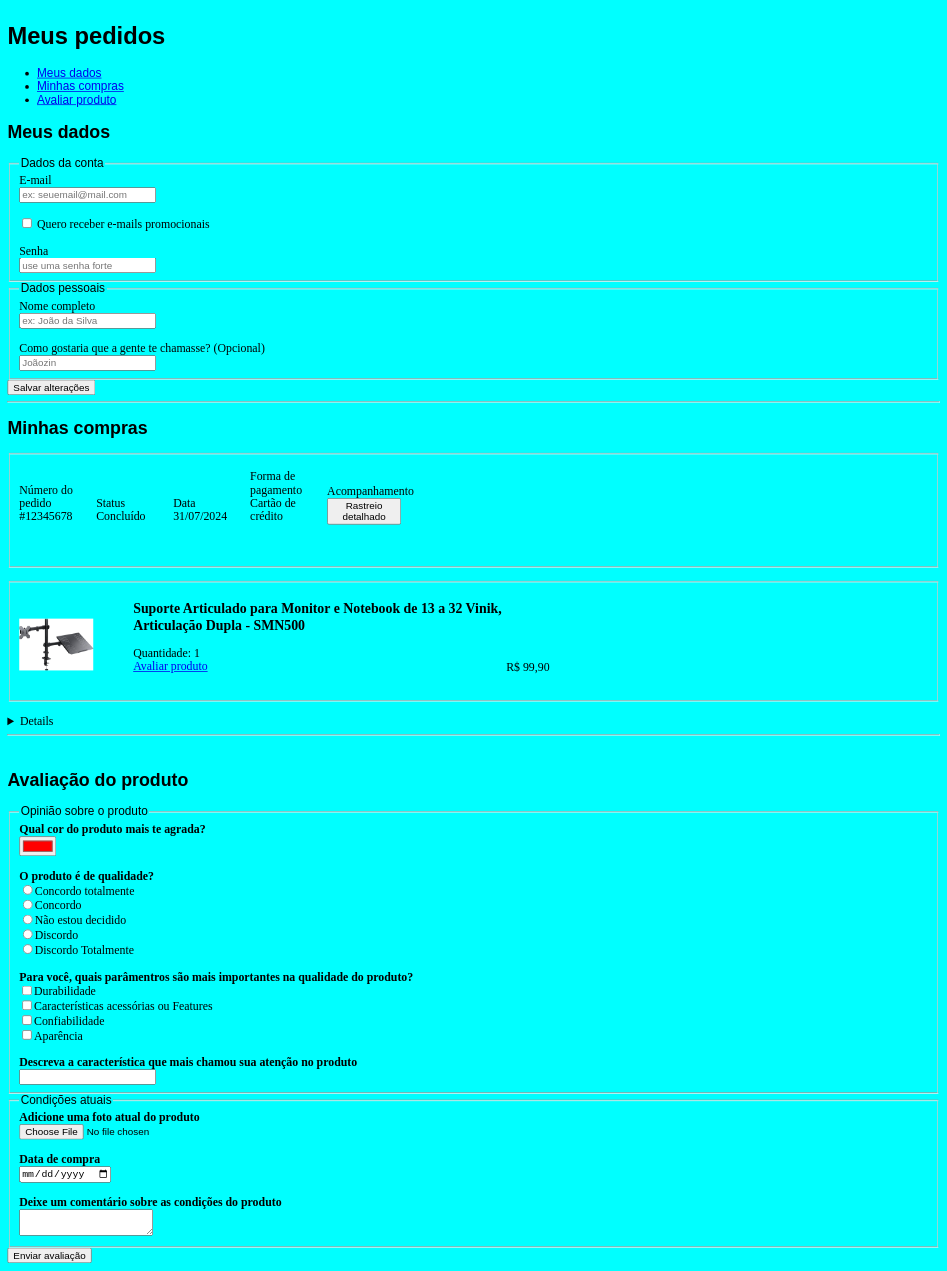
Repository: claudemir-camargo/site-compras
Page: index.html
The author's editor kept a copy of each file at every save. The page is drawn from the files as they stood at one save, then again after the next save.
The browser window is 1280 px wide. The pictures show the whole page, at 74% of full size.

Above is the page before, as saved 2024-03-04 01:00:59.

### index.html
<!DOCTYPE html>
<html lang="en">

<head>
    <meta charset="UTF-8">
    <meta name="viewport" content="width=device-width, initial-scale=1.0">
    <link rel="stylesheet" type="text/css" href="css/style.css" />
    <title>Site de Compras</title>
</head>

<body>
    <h1>Meus pedidos</h1>
    <ul>
        <li><a href="#meus-dados">Meus dados</a></li>
        <li><a href="#minhas-compras">Minhas compras</a></li>
        <li><a href="#avaliacao-produto">Avaliar produto</a></li>
    </ul>
    <h2 id="meus-dados">Meus dados</h2>
    <!-- Conta -->
    <fieldset>
        <legend>Dados da conta</legend>
        <form>
            <label>E-mail</label><br>
            <input type="email" id="email" name="email" placeholder="ex: seuemail@mail.com"><br><br>
            <input type="checkbox">
            <label>Quero receber e-mails promocionais</label><br><br>
            <label>Senha</label><br>
            <input type="password" placeholder="use uma senha forte">
        </form>
    </fieldset>
    <!-- Pessoais -->
    <fieldset>
        <legend>Dados pessoais</legend>
        <form>
            <label>Nome completo</label><br>
            <input type="text" placeholder="ex: João da Silva"><br><br>
            <label>Como gostaria que a gente te chamasse? (Opcional) </label><br>
            <input type="text" placeholder="Joãozin">
        </form>
    </fieldset>
    <button type="button">Salvar alterações</button>
    <hr>
    <!-- Minhas compras -->
    <h2 id="minhas-compras">Minhas compras</h2>
    <fieldset>
        <div id="div1">
            <p>Número do pedido<br>#12345678</p>
        </div>
        <div id="div2">
            <p>Status<br>Concluído</p>
        </div>
        <div id="div3">
            <p>Data<br>31/07/2024</p>
        </div>
        <div id="div4">
            <p>Forma de pagamento<br>Cartão de crédito</p>
        </div>
        <div id="div5">
            <p>Acompanhamento<br><a href="#rastreioModal"><button>Rastreio detalhado</button></a></p>
        </div>
    </fieldset>
    <div id="rastreioModal" class="modal">
        <h2>Rastreio detalhado</h2>
        <p>Seu pedido foi entregue com sucesso!<br>
            Entregue por: GFL<br>
            Código de rasteeio: 123456789<br>
            Entregue em: 31/07/2024<br>
        </p>
        <a href="#">Fechar</a>
    </div>

    <!-- Produto -->
    <br>
    <fieldset>
        <div class="imagem"><img src="img/suporte.jpg" alt="Suporte"></div>
        <div class="produto">
            <h3>
                <p>Suporte Articulado para Monitor e Notebook de 13 a 32 Vinik,
                    Articulação Dupla - SMN500</p>
            </h3>
            Quantidade: 1<br>
            <a href="#avaliacao-produto">Avaliar produto</a><br>
        </div>
        R$ 99,90
    </fieldset>
    <br>
    <details tag="Detalhes de Envio e Pagamento">
        <p></p>
        <strong>Endereço de entrega</strong><br>
        Avenida Estelita Falcão<br>
        Número 12, Centro<br>
        CEP 48170-970 - Itapetininga/São Paulo
        <br><br>
        <strong>Forma de Pagamento</strong><br>
        Cartão de crédito<br>
        Master Card **** **** **** 1234<br>
        Titular: Claudemir Camargo
        <br><br>
        <strong>Frete</strong>
        R$ 15,50<br>
        Enviado por GFL<br>
        Entregue
    </details>
    <hr>
    <br>
    <form>
        <h2 id="avaliacao-produto">Avaliação do produto</h2>
        <fieldset>
            <legend>Opinião sobre o produto</legend>
            <label><strong>Qual cor do produto mais te agrada?</strong></label><br>
            <input type="color" value="#ff0000"><br><br>
            <label><strong>O produto é de qualidade?</strong></label><br>
            <input type="radio" name="qualidade"><label>Concordo totalmente</label><br>
            <input type="radio" name="qualidade"><label>Concordo</label><br>
            <input type="radio" name="qualidade"><label>Não estou decidido</label><br>
            <input type="radio" name="qualidade"><label></label>Discordo</label><br>
            <input type="radio" name="qualidade"><label></label>Discordo Totalmente</label>
            <br><br>
            <label><strong>Para você, quais parâmentros são mais importantes na qualidade do
                    produto?</strong></label><br>
            <input type="checkbox"><label>Durabilidade</label><br>
            <input type="checkbox"><label>Características acessórias ou Features</label><br>
            <input type="checkbox"><label>Confiabilidade</label><br>
            <input type="checkbox"><label>Aparência</label>
            <br><br>
            <label><strong>Descreva a característica que mais chamou sua atenção no produto</strong></label><br>
            <input list="browsers" name="browser" id="browser">
            <datalist id="browsers">
                <option value="Cor">
                <option value="Tamanho">
                <option value="Peso">
                <option value="Material">
            </datalist>
        </fieldset>
        <fieldset>
            <legend>Condições atuais</legend>
            <label><strong>Adicione uma foto atual do produto</strong></label><br>
            <input type="file">
            <br><br>
            <label><strong>Data de compra</strong></label><br>
            <input type="date">
            <br><br>
            <label><strong>Deixe um comentário sobre as condições do produto</strong></label><br>
            <textarea name="comentario"></textarea>
        </fieldset>
        <button type="button">Enviar avaliação</button>
    </form>
</body>

</html>

### css/style.css
h1, h2, legend, ul, li{
    font-family: Arial, Helvetica, sans-serif;
}

img {
    height: 70px;
    width: 100px;
}

body{
    margin: 5px;
    padding: 5px;
    background-color:aqua
}

#div1, #div2, #div3, #div4, #div5 {
    width: 100px;
    height: 100px;
    display: inline-block;
}

.imagem {
    width: 150px;
    height: 100px;
    display: inline-block;
}

.produto {
    width: 500px;
    height: 100px;
    display: inline-block;
}

.modal {
    display: none;
    position: fixed;
    top: 50%;
    left: 50%;
    transform: translate(-50%, -50%);
    background-color: #f9f9f9;
    padding: 20px;
    border: 1px solid #ccc;
    box-shadow: 0 2px 10px rgba(0, 0, 0, 0.1);
    z-index: 1000;
}

.modal:target {
    display: block;
}

After the next save:
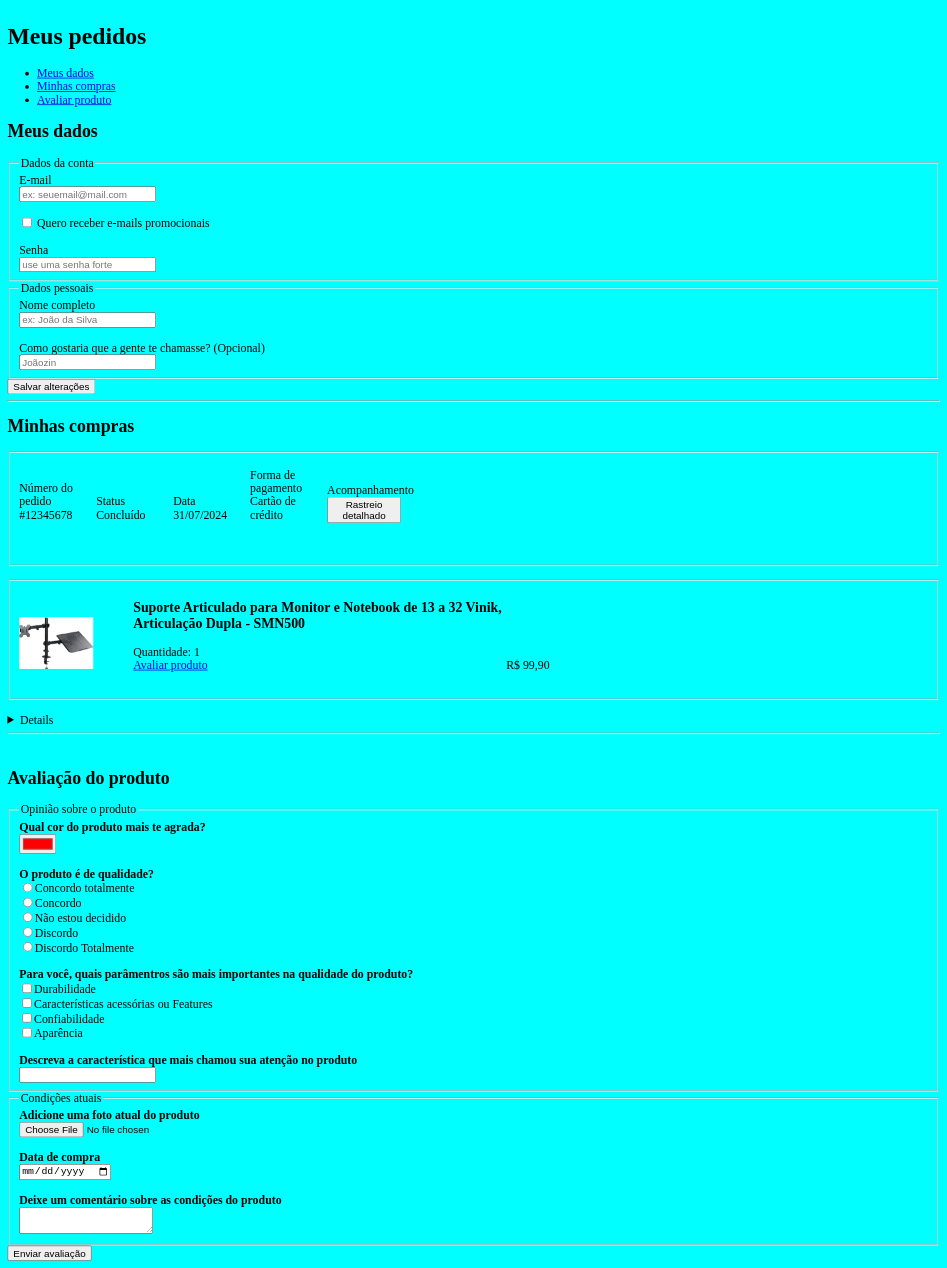
Saved 47 s later.
--- a/css/style.css
+++ b/css/style.css
@@ -1,4 +1,4 @@
-h1, h2, legend, ul, li{
+8 {
     font-family: Arial, Helvetica, sans-serif;
 }
 
